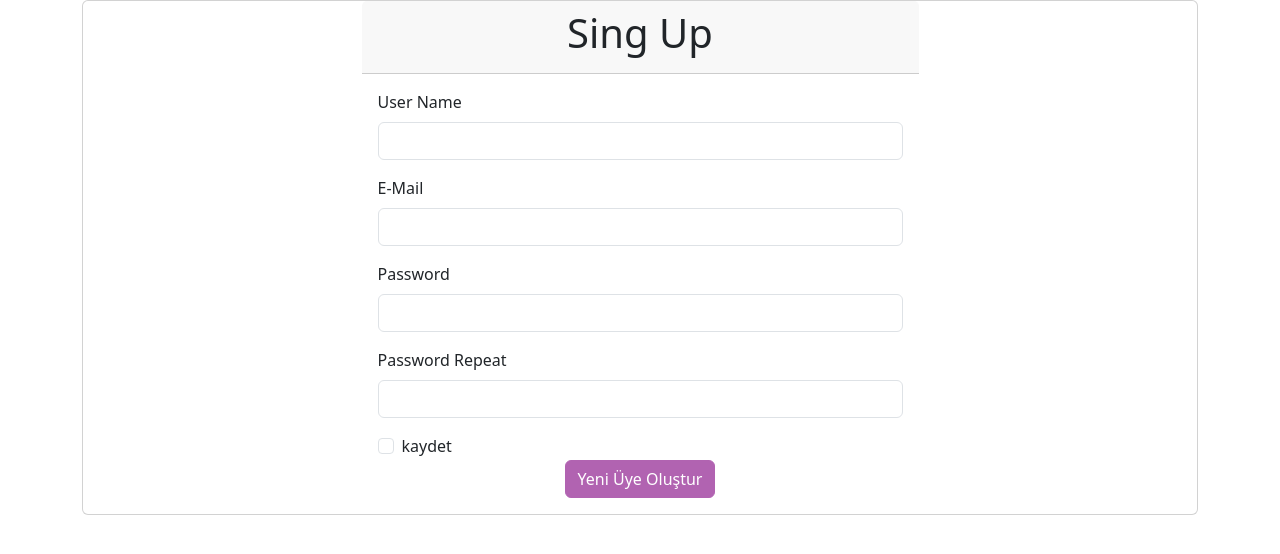
Repository: gursoyfahrettin20/startupProjectWeb
Page: /
These files come from the project's save history. The page is drawn as it stood at one moment and after the next save; the edit follows.
The browser window is 1280 px wide. The pictures show the whole page.
The project was rebuilt for these pictures with package versions that can differ from the ones it lists, and the page was loaded fresh each time. Also part of the build but not shown: vite.config.js.

Above is the page before, as saved 2024-01-17 01:29:01.

After the next save:
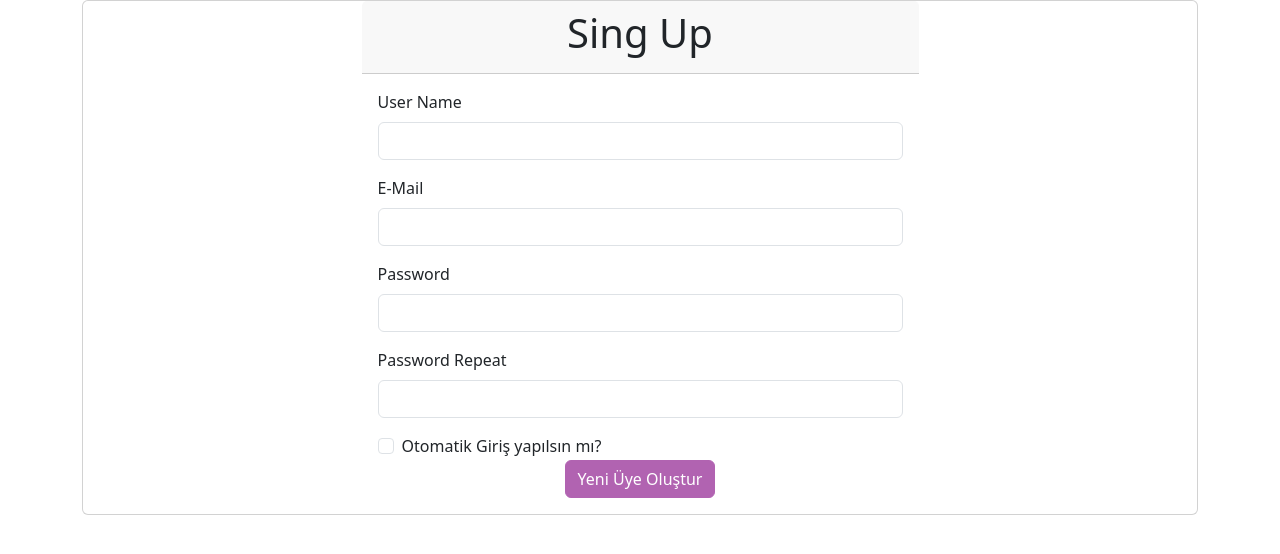
Saved 35 s later.
--- a/src/pages/SignUp/index.jsx
+++ b/src/pages/SignUp/index.jsx
@@ -98,7 +98,7 @@ function index() {
                         <div class="form-check">
                             <input className="form-check-input" type="checkbox" value="" id="flexCheckDefault"/>
                                 <label className="form-check-label" for="flexCheckDefault">
-                                    kaydet
+                                   Otomatik Giriş yapılsın mı?
                                 </label>
                         </div>
                         <div className='text-center'>
